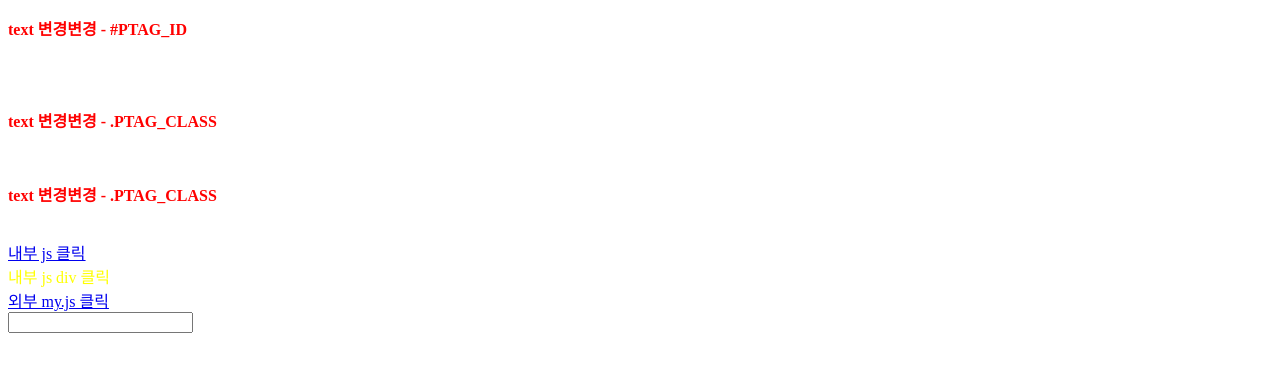
Repository: hinoky4693/workspace
Page: http://localhost/web_prj/lec_script.jsp
The author's editor kept a copy of each file at every save. The page is drawn from the files as they stood at one save, then again after the next save.
The browser window is 1280 px wide. The pictures show the whole page.
The page is served by Tomcat 9. Other server files are loaded and not shown.

Above is the page before, as saved 2024-05-24 05:34:53.

### web_prj/src/main/webapp/lec_script.jsp
<%@ page language="java" contentType="text/html; charset=UTF-8"
    pageEncoding="UTF-8"%>
<!DOCTYPE html>
<html>

<head>
	<meta charset="UTF-8">
	<title>Insert title here</title>

	<!-- JavaScript 테스트 -->
	<script src="js/my.js"></script>
	<script>
	//public int myprint(int a, int b){ syso.print... }
	function myprint(a, b){
		alert(a+b);
		console.log(a+b);
	}
	</script>

	<!-- CSS 테스트 -->
	<style>
	  p {
	    	color: red;
	  		font-weight: bold;
		}
	</style>
	<link href="css/my.css" rel="stylesheet" />



	<!-- JQuery 테스트 --------
	$( document ).ready(function() {});
	$	   		   	   (function() {});
	id   ="abc" $("#abc")
	class="abc" $(".abc")
	-->
	<script src="https://code.jquery.com/jquery-3.7.1.js"></script>
	<script>

		$(function() {
			//$("p").text("text 변경변경");
			$("#PTAG_ID").text("text 변경변경 - #PTAG_ID");
			//$(".PTAG_CLASS").text("text 변경변경 - .PTAG_CLASS");
			$("#PTAG_ID_11").text("text 변경변경 - .PTAG_CLASS");
			$("#PTAG_ID_22").text("text 변경변경 - .PTAG_CLASS");
		});

	</script>



</head>

<body>

	<p id="PTAG_ID">Not loaded yet.</p> <br><br> <!-- id : 고유해야 한다. -->

	<p id="PTAG_ID_11" class="PTAG_CLASS">aaaaa</p><br>			 <!-- class: 일괄 적용시켜야 할 경우 사용 -->
	<p id="PTAG_ID_22" class="PTAG_CLASS">bbbbb</p><br>


	<!-- Java 호출
	import webapp.js.all
	lec_script ls = new lecscript();
	ls.myprint(5,3);
 	-->

	<!-- JavaScript 호출
	<script src="js/scripts.js"></script>
	-->

	<a href="#" onClick="myprint(5,3)">내부 js 클릭</a><br>
	<div onClick="myprint(5,3)"> 내부 js div 클릭 </div>
 	<a href="#" onClick="myjsPrint()">외부 my.js 클릭</a><br>

 	<form name="logingForm">
 		<input type=hidden 	name="seq" 	 id="seq">
  		<input type=text 	name="uname" id="uname">
 	</form>

 	<!--
 	jQuery는 HTML의 클라이언트 사이드 조작을 (단순화) 하도록 설계된
 	크로스 플랫폼의 자바스크립트 라이브러리다.
 	 - <form> 제어
 	 - 조건문(if)
 	 - 반복문(for, foreach)
 	 - 전송 (Ajax)
 	-->


</body>

</html>

### web_prj/src/main/webapp/js/my.js
/**
 * my last test.
 */

function myjsPrint(){
	console.log("my.js test~~")
}

### web_prj/src/main/webapp/css/my.css
@charset "UTF-8";

body {
	font-size: 16;
	color: yellow;
}

After the next save:
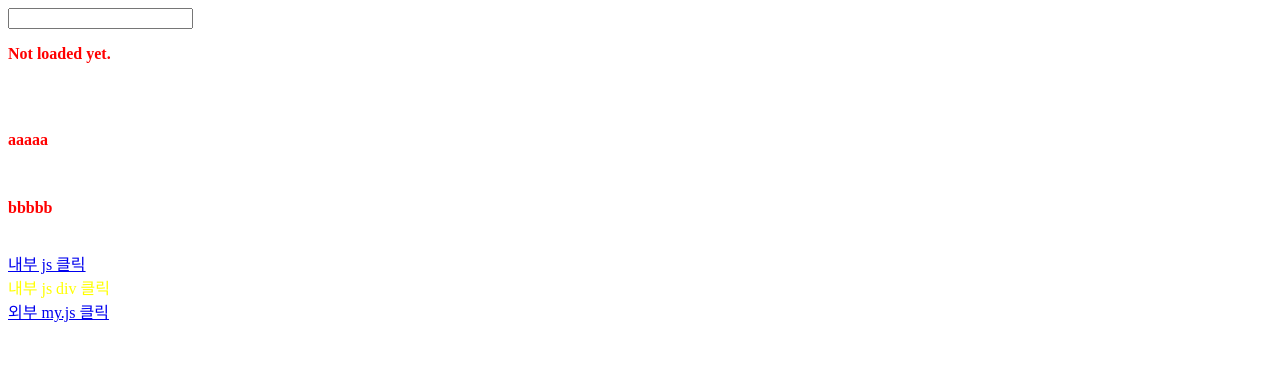
Console error: SyntaxError: Invalid or unexpected token
Saved 119 s later.
--- a/web_prj/src/main/webapp/lec_script.jsp
+++ b/web_prj/src/main/webapp/lec_script.jsp
@@ -44,7 +44,7 @@
 			$("#PTAG_ID_11").text("text 변경변경 - .PTAG_CLASS");
 			$("#PTAG_ID_22").text("text 변경변경 - .PTAG_CLASS");
 		});
-
+			$(#"uname").val("hong"); // value="hong"
 	</script>
 
 
@@ -52,6 +52,10 @@
 </head>
 
 <body>
+ 	<form name="logingForm">
+ 		<input type="hidden" 	name="seq" 	 id="seq">
+  		<input type="text" 		name="uname" id="uname">
+ 	</form>
 
 	<p id="PTAG_ID">Not loaded yet.</p> <br><br> <!-- id : 고유해야 한다. -->
 
@@ -73,10 +77,6 @@
 	<div onClick="myprint(5,3)"> 내부 js div 클릭 </div>
  	<a href="#" onClick="myjsPrint()">외부 my.js 클릭</a><br>
 
- 	<form name="logingForm">
- 		<input type=hidden 	name="seq" 	 id="seq">
-  		<input type=text 	name="uname" id="uname">
- 	</form>
 
  	<!--
  	jQuery는 HTML의 클라이언트 사이드 조작을 (단순화) 하도록 설계된

After the save that followed:
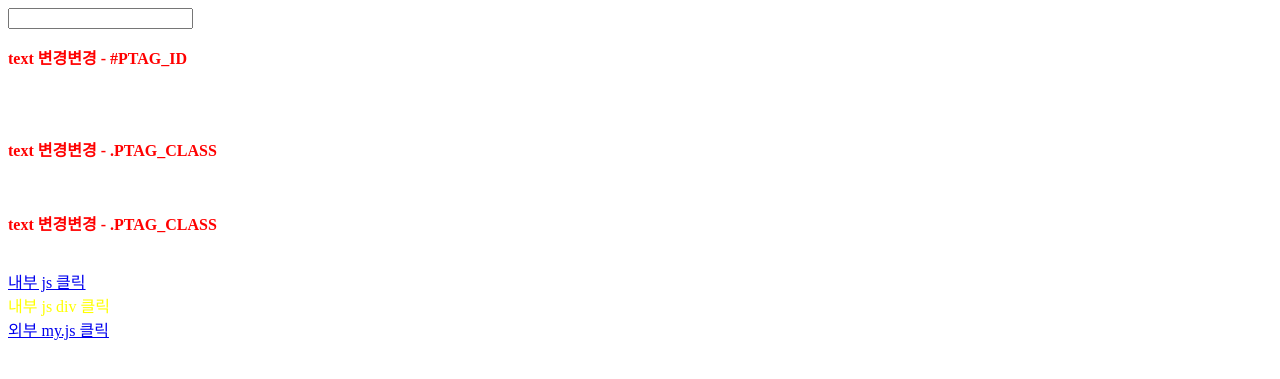
The error is gone.
Saved 14 s later.
--- a/web_prj/src/main/webapp/lec_script.jsp
+++ b/web_prj/src/main/webapp/lec_script.jsp
@@ -44,7 +44,7 @@
 			$("#PTAG_ID_11").text("text 변경변경 - .PTAG_CLASS");
 			$("#PTAG_ID_22").text("text 변경변경 - .PTAG_CLASS");
 		});
-			$(#"uname").val("hong"); // value="hong"
+			$("#uname").val("hong"); // value="hong"
 	</script>
 
 
